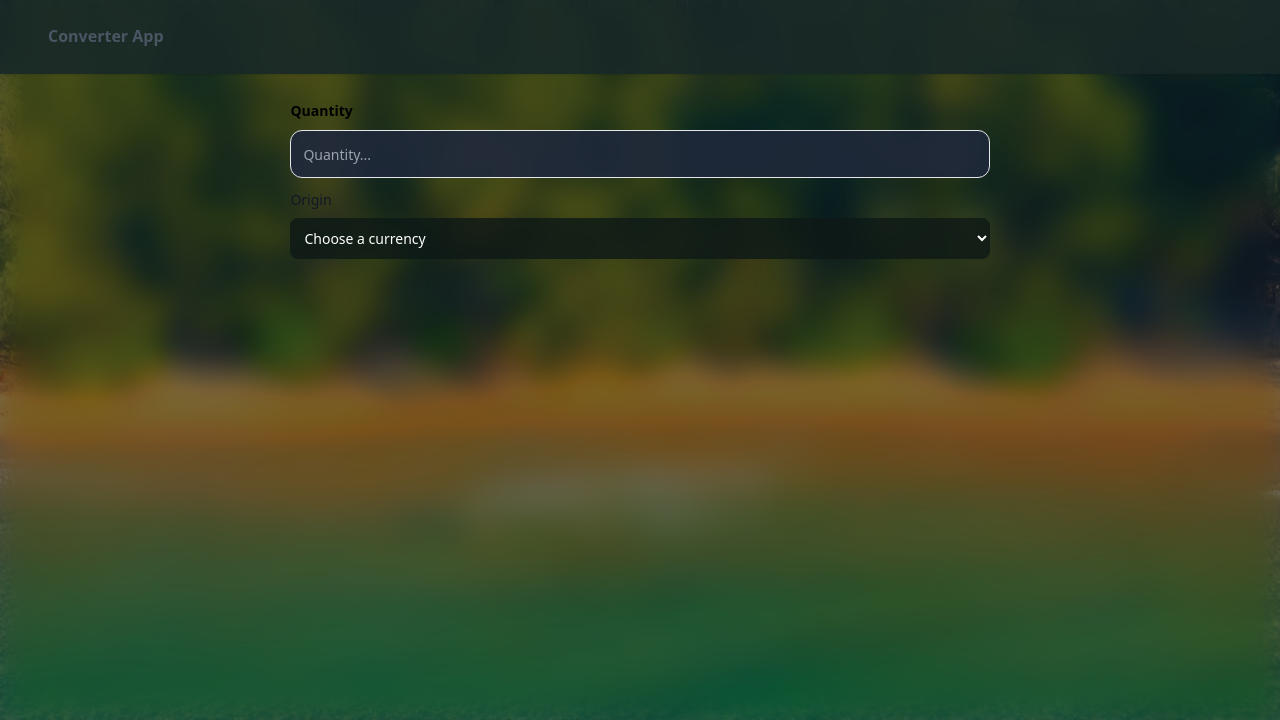
Repository: mikelCabezas/angular-exercices
Page: / (app in converter/)
These files come from the project's save history. The page is drawn as it stood at one moment and after the next save; the edit follows.
The browser window is 1280 px wide. The pictures show the whole page.
The project was rebuilt for these pictures with package versions that can differ from the ones it lists, and the page was loaded fresh each time. Also part of the build but not shown: converter/angular.json.

Above is the page before, as saved 2023-09-15 18:19:46.

After the next save:
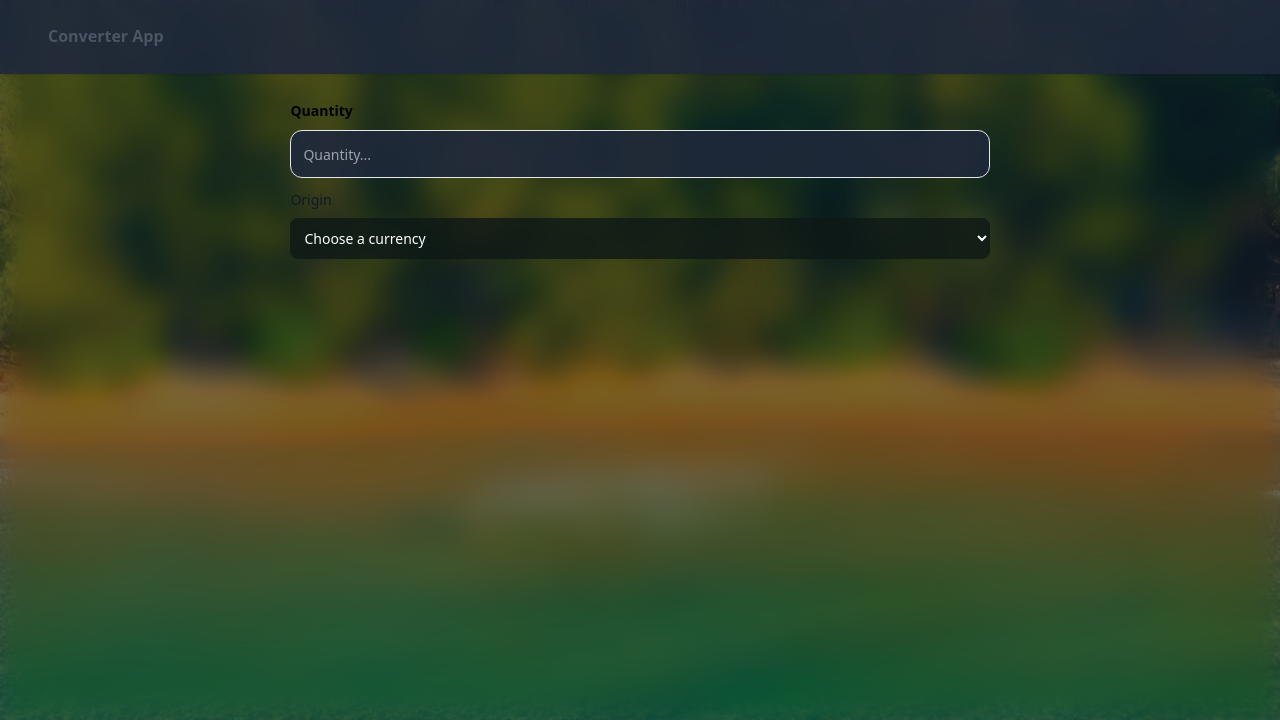
Saved 23 s later.
--- a/converter/src/app/components/navbar/navbar.component.html
+++ b/converter/src/app/components/navbar/navbar.component.html
@@ -1,4 +1,4 @@
-<nav class="shadow bg-[rgba(24,41,39,0.9)] ">
+<nav class="shadow bg-slate-800/90 ">
     <div class="container flex items-center  p-6 mx-auto text-gray-600 capitalize dark:text-gray-300">
         <a href="#" class="border-b-2 border-transparent hover:text-gray-800 dark:hover:text-gray-200 hover:border-blue-500 mx-1.5 sm:mx-6 font-bold">
             Converter App
